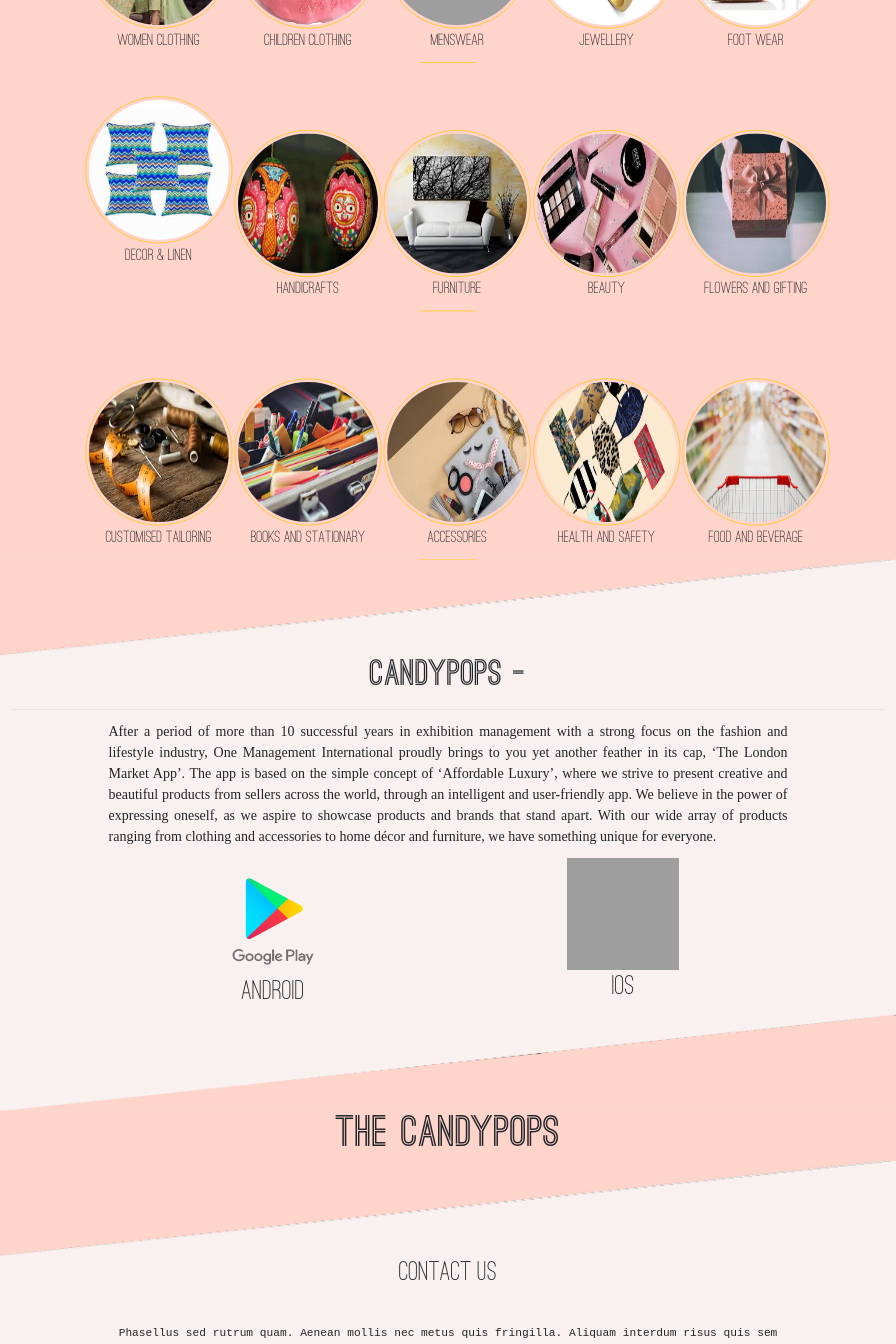
Repository: Demonster1999/newshoperrepo
Page: index.html
These files come from the project's save history. The page is drawn as it stood at one moment and after a run of saves; the edit follows.
The browser window is 1280 px wide. The pictures show the part of the page from y = 1834 to 3754 px (the page is 4382 px tall), at 70% of full size.
Pictures or frames that could not be fetched are drawn as grey boxes. Some web libraries are served in a nearby version.

Above is the page before, as saved 2020-07-21 15:20:12.
Console error: TypeError: Cannot read properties of null (reading 'getContext')

### index.html
<!DOCTYPE html>
<head>
	<meta charset="UTF-8">
	<title>London Market</title>
	<meta name="keywords" content="" />
	<meta name="description" content="" />
    <meta name="viewport" content="width=device-width, initial-scale=1.0">
    <!--
    	Roller Template
		http://www.london-market.com/preview/london-market_424_roller
	-->
	<link rel="stylesheet" href="https://fonts.googleapis.com/css2?family=Great+Vibes">
	<link href="http://fonts.googleapis.com/css?family=Open+Sans:300,400,700" rel="stylesheet" type="text/css">
	<!-- <link href="css/font-awesome.min.css" rel="stylesheet">FontAwesome Icons -->
	<link rel="stylesheet" href="https://cdnjs.cloudflare.com/ajax/libs/font-awesome/5.14.0/css/all.min.css"
		integrity="sha512-1PKOgIY59xJ8Co8+NE6FZ+LOAZKjy+KY8iq0G4B3CyeY6wYHN3yt9PW0XpSriVlkMXe40PTKnXrLnZ9+fkDaog=="
		crossorigin="anonymous" />
	<link rel="stylesheet" href="https://maxcdn.bootstrapcdn.com/bootstrap/4.0.0/css/bootstrap.min.css" integrity="sha384-Gn5384xqQ1aoWXA+058RXPxPg6fy4IWvTNh0E263XmFcJlSAwiGgFAW/dAiS6JXm" crossorigin="anonymous">
	<link rel="stylesheet" href="fonts/ostrich-sans.css">
	<link href="css/LondonMarket.css" rel="stylesheet" type="text/css">
	<link rel="stylesheet" href="css/into-to-app.css">
	<link rel="stylesheet" href="css/navbar.css">
	<link rel="stylesheet" href="css/carousel.css">

</head>
<body>
	<nav class="navbar custom-nav sticky-top p-0 m-0 ">
		<a class="navbar-brand mx-auto text-white" style="font-family: Great Vibes; font-size: 40px;" href="#">London Market</a>

	  </nav>

	<nav class="navbar third-nav navbar-expand-lg navbar-light bg-light">
		<div class="container">
			<button class="navbar-toggler navbar-toggler-icon" type="button" data-toggle="collapse" data-target="#navbarSupportedChontent"
			aria-controls="navbarSupportedContent" aria-expanded="false" aria-label="Toggle navigation">
			<span class=""></span>
		</button>


		<div class="collapse navbar-collapse" id="navbarSupportedContent">
			<ul class="navbar-nav  mr-auto text-center">

				<li class="nav-item">
					<a class=" " href="#">Register</a>
				</li>
				<li class="nav-item ">
					<a class="" href="#">login</a>
				</li>


		</div>
		<div class="  mr-auto ">
			<!-- social icons  -->
			<button class="fab fa-facebook-f"></button>
			<button class="fab fa-twitter"></button>
			<button class="fab fa-linkedin-in"></button>
			<button class="fab fa-instagram"></button>
			<button class="fab fa-youtube"></button>
		</div>
		</div>

	</nav>


	<!-- nav with dots  -->
	<nav class="nav">
        <ul>
            <li class="dot1 active" id="ec1" data-toggle="tooltip" data-placement="left" title="Tooltip on left"></li>
            <li class="dot2" id="ec2" data-toggle="tooltip" data-placement="left" title="Tooltip on left"></li>
            <li class="dot3" id="ec3"  data-toggle="tooltip" data-placement="left" title="Tooltip on left"></li>
			<li class="dot4" id="ec4"  data-toggle="tooltip" data-placement="left" title="Tooltip on left"></li>
			<li class="dot5" id="ec5"  data-toggle="tooltip" data-placement="left" title="Tooltip on left"></li>
			<li class="dot5" id="ec5"  data-toggle="tooltip" data-placement="left" title="Tooltip on left"></li>
        </ul>
    </nav>

		<section class="" id="home">
			<div id="demo" class="carousel slide" data-ride="carousel">
				<ul class="carousel-indicators">
					<li data-target="#demo" data-slide-to="0" class="active"></li>
					<li data-target="#demo" data-slide-to="1"></li>
					<li data-target="#demo" data-slide-to="2"></li>
					<!-- <li data-target="#demo" data-slide-to="3"></li> -->
				</ul>
				<div class="carousel-inner">
					<div class="carousel-item active">
						<img src="images/carousel/carousel1.jpg" alt="Los Angeles"   >
						<div class="carousel-caption">
							<h3>Los Angeles</h3>
							<p>We had such a great time in LA!</p>
						</div>
					</div>
					<div class="carousel-item">
						<img src="images/carousel/carousel4.jpg" alt="Chicago"  >
						<div class="carousel-caption">
							<h3>Chicago</h3>
							<p>Thank you, Chicago!</p>
						</div>
					</div>
					<div class="carousel-item">
						<img src="images/carousel/cp11.jpg" alt="Chicago" >
						<div class="carousel-caption">
							<h3>Chicago</h3>
							<p>Thank you, Chicago!</p>
						</div>
					</div>
					<!-- <div class="carousel-item">
						<img src="images/images/lmimages/Adobe_20200716_143015.png" alt="Chicago">
						<div class="carousel-caption">
							<h3>Chicago</h3>
							<p>Thank you, Chicago!</p>
						</div>
					</div> -->
					<!-- <div class="carousel-item">
						<img src="images/carousel/carousel3.jpg" alt="New York" class=" w-100" style="height: 300px; max-height: 500px;">
						<div class="carousel-caption">
							<h3>New York</h3>
							<p>We love the Big Apple!</p>
						</div>
					</div> -->
				</div>
				<a class="carousel-control-prev" href="#demo" data-slide="prev">
					<span class="carousel-control-prev-icon"></span>
				</a>
				<a class="carousel-control-next" href="#demo" data-slide="next">
					<span class="carousel-control-next-icon"></span>
				</a>
			</div>
		</section>

<section class=" intro-to-app container-fluid">
	<img src="images/tm-border-black-top.png" class="w-100 img-top" alt="">
	<div class="container-fluid text-center ">

		<img src="images/images/lmimages/lm.png" class="p-0 m-0" width=200px height="200px" alt="" >
		<h1 class="mx-auto  "> Get Shop-a-holic</h1>

		<hr>


		<div class="container ">
			<p class="lead text-justify">After a period of more than 10 successful years in exhibition management with a strong focus on the fashion and
			lifestyle industry, One Management International proudly brings to you yet another feather in its cap, ‘The London
			Market App’.
			The app is based on the simple concept of ‘Affordable Luxury’, where we strive to present creative and beautiful
			products from sellers across the world, through an intelligent and user-friendly app. We believe in the power of
			expressing oneself, as we aspire to showcase products and brands that stand apart. With our wide array of products
			ranging from clothing and accessories to home décor and furniture, we have something unique for everyone.
</p>
               <div class="row">
<div class="col-md-6 p-2 text-center">
	<a href="https://play.google.com/store/apps/details?id=com.prpwebs.londonmarket" class="h1"> <img src="images/logos/play store.png" class=" " width="160px" height="160px" alt="play">
		<center> Android</center>
	</a>
</div>
<div class="col-md-6 text-center">
	<a href="" class="h1"> <img src="images/logos/hiclipart.com.png" class=" " width="160px" height="160px" alt="app">
		<center>ios</center>
	</a>

</div>
			   </div>

		</div>
	</div>
	<img src="images/tm-border-black-bottom.png" class="w-100 imgbottom" alt="">
</section>


<section class="tm-dark-bg tm-section" id="portfolio">
			<div class="container-fluid">

<h1 style="font-weight: bold; font-size: 60px;" class="text-center"> The App Offers  </h1>
<div class="  row text-center mt-5 ">
	<div class="col-md-1"></div>
	<div class="col-md-2 text-center mt-5  ">
		<div class="tm-img-circle-border mx-auto ">
			<img src="images/category/display category/Women clothing.jpg" alt="Testimonial 1" class="img-circle tm-img-testimonial">
			<h4 class=" mt-2 "> Women clothing </h4>
		</div>
	</div>
	<div class="col-md-2 text-center mt-5 ">
		<div class="tm-img-circle-border mx-auto ">
			<img src="images/category/display category/children.jpg" alt="Testimonial 2" class="img-circle tm-img-testimonial">
			<h4 class=" mt-2 "> Children clothing</h4>
		</div>
	</div>
	<div class="col-md-2 text-center mt-5 ">
		<div class="tm-img-circle-border mx-auto ">
			<img src="images/category/display category/umens.jpeg" alt="Testimonial 3" class="img-circle tm-img-testimonial">
			<h4 class=" mt-2 "> Menswear </h4>
		</div>

	</div>
	<div class="col-md-2 text-center mt-5 ">
		<div class="tm-img-circle-border mx-auto ">
			<img src="images/category/display category/Jewellery.jpg" alt="Testimonial 4" class="img-circle tm-img-testimonial">
			<h4 class=" mt-2 "> Jewellery</h4>
		</div>
	</div>
	<div class="col-md-2 text-center mt-5 ">
		<div class="tm-img-circle-border mx-auto ">
			<img src="images/category/display category/Footwear.jpg" alt="Testimonial 5" class="img-circle tm-img-testimonial">
			<h4 class=" mt-2 "> foot wear </h4>
		</div>
	</div>
	<div class="col-md-1"></div>
</div>
<hr class="tm-author-name-underline mt-5">
<div class="  row text-center mt-5 ">
	<div class="col-md-1"></div>
	<div class="col-md-2 text-center mt54 ">
		<div class="tm-img-circle-border mx-auto ">
			<img src="images/category/display category/Decor & Linen.jpg" alt="Testimonial 1" class="img-circle tm-img-testimonial">
			<h4 class=" mt-2 "> Decor & Linen </h4>
		</div>
	</div>
	<div class="col-md-2 text-center mt-5 ">
		<div class="tm-img-circle-border mx-auto ">
			<img src="images/category/display category/Handicrafts.jpg" alt="Testimonial 2" class="img-circle tm-img-testimonial">
			<h4 class=" mt-2 "> Handicrafts </h4>
		</div>
	</div>
	<div class="col-md-2 text-center mt-5 ">
		<div class="tm-img-circle-border mx-auto  ">
			<img src="images/category/display category/Furniture.jpg" alt="Testimonial 3" class="img-circle tm-img-testimonial">
			<h4 class=" mt-2 "> Furniture</h4>
		</div>

	</div>
	<div class="col-md-2 text-center mt-5 ">
		<div class="tm-img-circle-border mx-auto ">
			<img src="images/category/display category/Beauty.jpg" alt="Testimonial 4" class="img-circle tm-img-testimonial">
			<h4 class=" mt-2 "> Beauty </h4>
		</div>
	</div>
	<div class="col-md-2 text-center mt-5 ">
		<div class="tm-img-circle-border mx-auto ">
			<img src="images/category/display category/Flowers & Gifting.jpg" alt="Testimonial 5" class="img-circle tm-img-testimonial">
			<h4 class=" mt-2 "> Flowers and Gifting </h4>
		</div>
	</div>
</div>
<hr class="tm-author-name-underline mt-5">
<div class="  row text-center mt-5 ">
	<div class="col-md-1"></div>
	<div class="col-md-2 text-center mt-5 ">
		<div class="tm-img-circle-border mx-auto ">
			<img src="images/category/display category/Customised Tailoring.jpg" alt="Testimonial 1" class="img-circle tm-img-testimonial">
			<h4 class=" mt-2 "> Customised Tailoring</h4>
		</div>
	</div>
	<div class="col-md-2 text-center mt-5 ">
		<div class="tm-img-circle-border mx-auto ">
			<img src="images/category/display category/books and stationary.jpg" alt="Testimonial 2" class="img-circle tm-img-testimonial">
			<h4 class=" mt-2 "> books and Stationary </h4>
		</div>
	</div>
	<div class="col-md-2 text-center mt-5 ">
		<div class="tm-img-circle-border mx-auto  ">
			<img src="images/category/display category/Accessories.jpg" alt="Testimonial 3" class="img-circle tm-img-testimonial">
			<h4 class=" mt-2 "> Accessories </h4>
		</div>

	</div>
	<div class="col-md-2 text-center mt-5 ">
		<div class="tm-img-circle-border mx-auto ">
			<img src="images/category/display category/health & safety.jpg" alt="Testimonial 4" class="img-circle tm-img-testimonial">
			<h4 class=" mt-2 "> Health and Safety </h4>
		</div>
	</div>
	<div class="col-md-2 text-center mt-5 ">
		<div class="tm-img-circle-border mx-auto ">
			<img src="images/category/display category/f&b.jpg" alt="Testimonial 5" class="img-circle tm-img-testimonial">
			<h4 class=" mt-2 "> Food and beverage </h4>
		</div>
	</div>
	<div class="col-md-1"></div>
</div>
<hr class="tm-author-name-underline mt-5">

					</div>
		</section> <!-- portfolio -->

<section class=" intro-to-app container-fluid">
	<img src="images/tm-border-black-top.png" class="w-100 img-top" alt="">
	<div class="container-fluid text-center ">

		<!-- <img src="images/images/lmimages/lm.png" class="p-0 m-0" width=200px height="200px" alt=""> -->
		<h1 class="mx-auto  "> CandyPOPS -</h1>

		<hr>


		<div class="container ">
			<p class="lead text-justify">After a period of more than 10 successful years in exhibition management with a
				strong focus on the fashion and
				lifestyle industry, One Management International proudly brings to you yet another feather in its cap,
				‘The London
				Market App’.
				The app is based on the simple concept of ‘Affordable Luxury’, where we strive to present creative and
				beautiful
				products from sellers across the world, through an intelligent and user-friendly app. We believe in the
				power of
				expressing oneself, as we aspire to showcase products and brands that stand apart. With our wide array
				of products
				ranging from clothing and accessories to home décor and furniture, we have something unique for
				everyone.
			</p>
			<div class="row">
				<div class="col-md-6 p-2 text-center">
					<a href="https://play.google.com/store/apps/details?id=com.prpwebs.londonmarket" class="h1"> <img
							src="images/logos/play store.png" class=" " width="160px" height="160px" alt="play">
						<center> Android</center>
					</a>
				</div>
				<div class="col-md-6 text-center">
					<a href="" class="h1"> <img src="images/logos/hiclipart.com.png" class=" " width="160px"
							height="160px" alt="app">
						<center>ios</center>
					</a>

				</div>
			</div>

		</div>
	</div>
	<img src="images/tm-border-black-bottom.png" class="w-100 imgbottom" alt="">
</section>

<section class="tm-dark-bg tm-section" id="portfolio">
	<div class="container-fluid">

		<h1 style="font-weight: bold; font-size: 60px;" class="text-center"> The Candypops </h1>
	</div>
</section> <!-- portfolio -->

<section class="tm-section tm-orange-bg" id="contact" >
			<img src="images/tm-border-black-top.png" alt="Border" class="tm-border">
			<div class="container">
				<h1 class="text-uppercase text-center">Contact Us</h1>
				<p class="text-center margin-top-50">Phasellus sed rutrum quam. Aenean mollis nec metus quis fringilla. Aliquam interdum risus quis sem rhoncus, vel iaculis lorem pulvinar. Maecenas in lorem non quam bibendum auctor vel lobortis sem.</p>
				<div class="row margin-top-50">
					<div class="col-lg-6 col-md-6 col-sm-6 col-xs-12">
						<div id="map-canvas"></div>
					</div>
					<div class="col-lg-6 col-md-6 col-sm-6 col-xs-12">
						<form action="#" method="post" class="tm-contact-form">
							<div class="form-group">
								<input type="text" id="contact_name" class="form-control" placeholder="NAME..." />
							</div>
							<div class="form-group">
								<input type="text" id="contact_email" class="form-control" placeholder="EMAIL..." />
							</div>
							<div class="form-group">
								<input type="text" id="contact_subject" class="form-control" placeholder="SUBJECT..." />
							</div>
							<div class="form-group">
								<textarea id="contact_message" class="form-control" rows="8" placeholder="WRITE A MESSAGE..."></textarea>
							</div>
							<button type="submit" class="btn text-uppercase tm-dark-bg tm-orange-text tm-send-btn">Send</button>
						</form>
					</div>
				</div>
			</div>
			<img src="images/tm-border-black-bottom.png" alt="Border" class="tm-border">
		</section> <!-- contact -->


	<footer class="text-right tm-dark-bg">
		<p class="text-uppercase container small">Copyright &copy; 2084 <a href="#">Company Name</a></p>
	</footer>
	<script src="js/jquery-1.11.1.min.js" ></script>
	<!-- <script src="https://code.jquery.com/jquery-3.5.1.min.js"
		integrity="sha256-9/aliU8dGd2tb6OSsuzixeV4y/faTqgFtohetphbbj0=" crossorigin="anonymous"></script> -->
		<script src="https://cdnjs.cloudflare.com/ajax/libs/font-awesome/5.14.0/js/all.min.js"
			integrity="sha512-YSdqvJoZr83hj76AIVdOcvLWYMWzy6sJyIMic2aQz5kh2bPTd9dzY3NtdeEAzPp/PhgZqr4aJObB3ym/vsItMg=="
			crossorigin="anonymous"></script>
<script src="https://cdnjs.cloudflare.com/ajax/libs/popper.js/1.12.9/umd/popper.min.js" integrity="sha384-ApNbgh9B+Y1QKtv3Rn7W3mgPxhU9K/ScQsAP7hUibX39j7fakFPskvXusvfa0b4Q" crossorigin="anonymous"></script>
<script src="https://maxcdn.bootstrapcdn.com/bootstrap/4.0.0/js/bootstrap.min.js" integrity="sha384-JZR6Spejh4U02d8jOt6vLEHfe/JQGiRRSQQxSfFWpi1MquVdAyjUar5+76PVCmYl" crossorigin="anonymous"></script>
	<script src="js/LondonMarket.js"></script>
	<script src="js/scrollnav.js"></script>
</body>
</html>

### css/into-to-app.css
.intro-to-app{

    padding: 0;
    background-color:#F9F1F0;

}
.intro-to-app img{
    display: inline;
}
.intro-to-app h1{
    font-family: ostrich sans ;
    font-weight: bold;
    display: inline;
    font-size: 50px;

}
.intro-to-app p{
    font-family: hevletica;

}
.imgbottom{
    width: 200%;
    margin: 0;

    position: relative;

}

.img-top{
    margin: 0;
    position: relative;



}

### css/navbar.css
.custom-nav {
    background-color: #e2725b;

}
.custom-nav {
    color: #fff;
    font-size: 25px;

}

/* thirdnav  */
.third-nav a{
    color: black;
    font-family: 'Lucida Sans', 'Lucida Sans Regular', 'Lucida Grande', 'Lucida Sans Unicode', Geneva, Verdana, sans-serif;
    font-weight: bold;
    color: #e2725b;
}
.third-nav ul li{
    margin-left: 10%;
    margin-right: 10%;
}
.third-nav .fa-facebook-f,.fa-twitter,.fa-linkedin-in,.fa-instagram,.fa-youtube{
 margin-left: 5px;
  margin-right: 5px;
    color:#e2725b;

}

/* thirdnav end  */

.nav {
    position: fixed;
    top: 45%;
    bottom: 30%;
    right: 0;
	width: 60px;
	z-index: 50;
}

.nav ul {
	list-style: none;
}


.nav li {
    width: 10px;
	height: 10px;
	margin: 10px;
    border-radius: 100%;
    background-color: rosybrown;
    cursor: pointer;
    transition: .5s;
}

.dot1 {
    background-color: rgb(82, 43, 43);
}

.dot2 {
    background-color: rgb(24, 73, 44);
}

.dot3 {
    background-color: rgb(73, 58, 204);
}

.dot4 {
    background-color: rgb(58, 70, 31);
}

.active {
    box-shadow: 0 0 0 3px #fffffff1, 0 0 0 6px #000;
}

### css/carousel.css
#home .carousel-inner img {
    min-width: 100%;
    min-height: 320px;
    max-height: 500px;
    max-resolution: 0;
  }


  #home .carousel-inner .carousel-caption{
    position: absolute;
    font-size: 30px;
    background-color: rgba(0,0, 0, 0.3);
    width: 100%;
    margin: 0;
    left: 0;
    right: 0;
    height: 100%;
    top: 5px;

  }

    #home .carousel-inner .carousel-caption h3{
      position: relative;
      top: 40%;
      font-family:fantasy;

      font-size: 40px;
    }
    #home .carousel-inner .carousel-caption p{
      position: relative;
      top: 42%;
      font-family: Cambria, Cochin, Georgia, Times, 'Times New Roman', serif;

    }
    .carousel-control-prev,.carousel-control-next{
      z-index: 50;
    }

Loaded but not shown: fonts/ostrich-sans.css (common file); js/jquery-1.11.1.min.js (library); js/LondonMarket.js (359 lines, source omitted); js/scrollnav.js (48 lines, source omitted); css/LondonMarket.css (434 lines, source omitted)

After the next 2 saves:
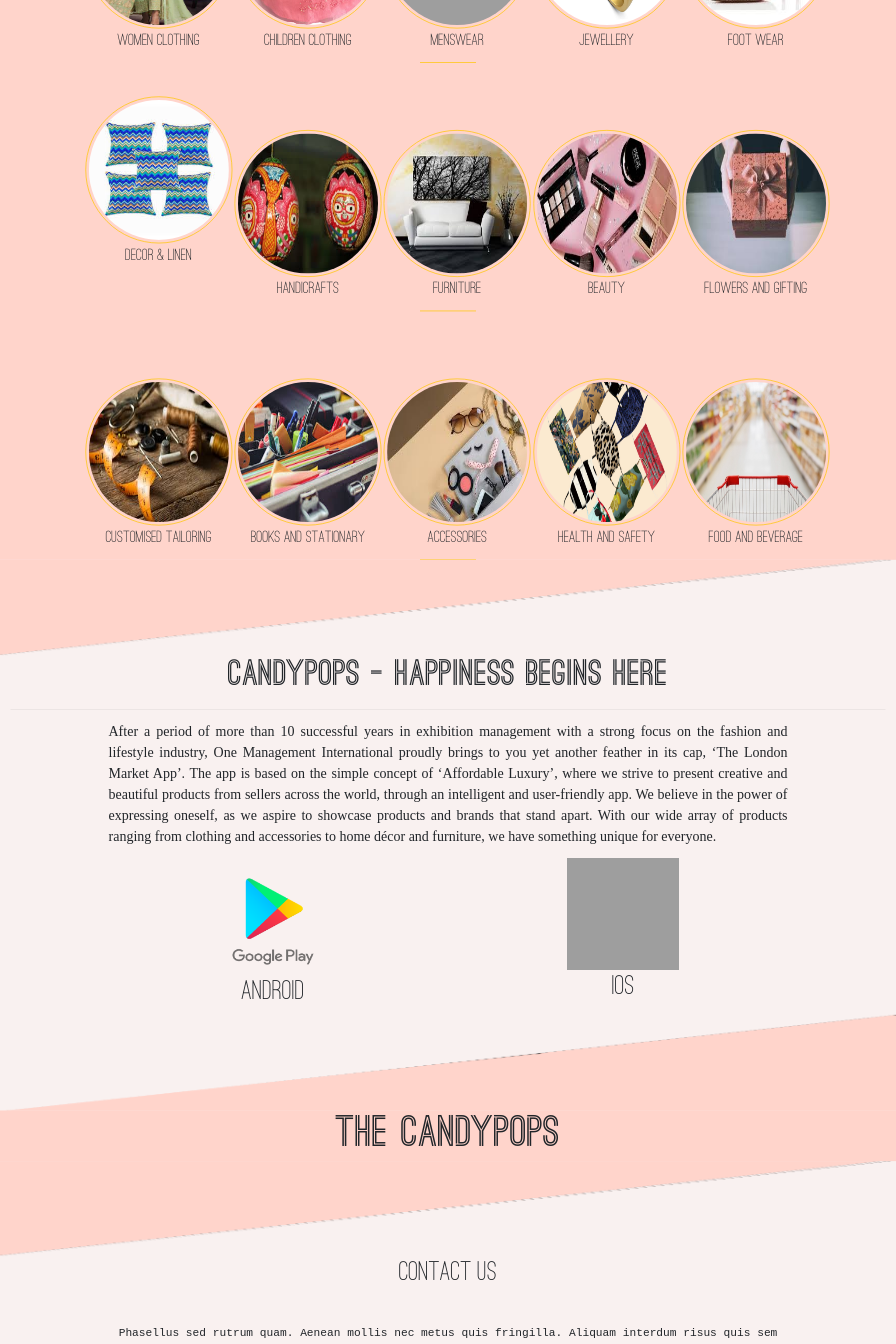
The 2 saves are shown as one change because they came seconds apart.
The last was saved 26 s later.
--- a/index.html
+++ b/index.html
@@ -287,7 +287,7 @@
 	<div class="container-fluid text-center ">
 
 		<!-- <img src="images/images/lmimages/lm.png" class="p-0 m-0" width=200px height="200px" alt=""> -->
-		<h1 class="mx-auto  "> CandyPOPS -</h1>
+		<h1 class="mx-auto  "> CandyPOPS - Happiness begins here</h1>
 
 		<hr>
 

After the 2 saves that followed:
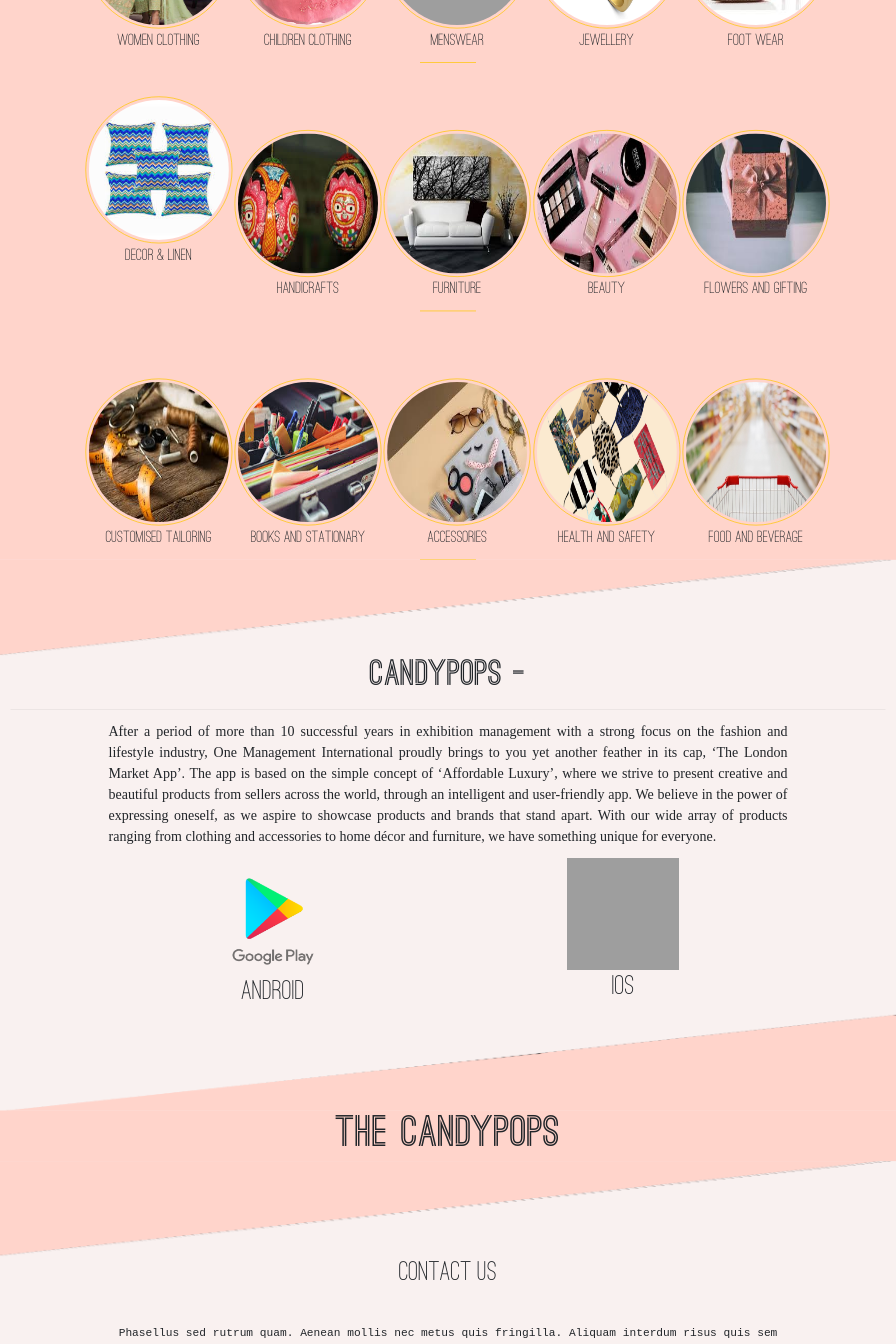
The 2 saves are shown as one change because 1 left the picture as it was.
The last was saved 17 s later.
--- a/index.html
+++ b/index.html
@@ -287,7 +287,7 @@
 	<div class="container-fluid text-center ">
 
 		<!-- <img src="images/images/lmimages/lm.png" class="p-0 m-0" width=200px height="200px" alt=""> -->
-		<h1 class="mx-auto  "> CandyPOPS - Happiness begins here</h1>
+		<h1 class="mx-auto  "> CandyPOPS - </h1>
 
 		<hr>
 
